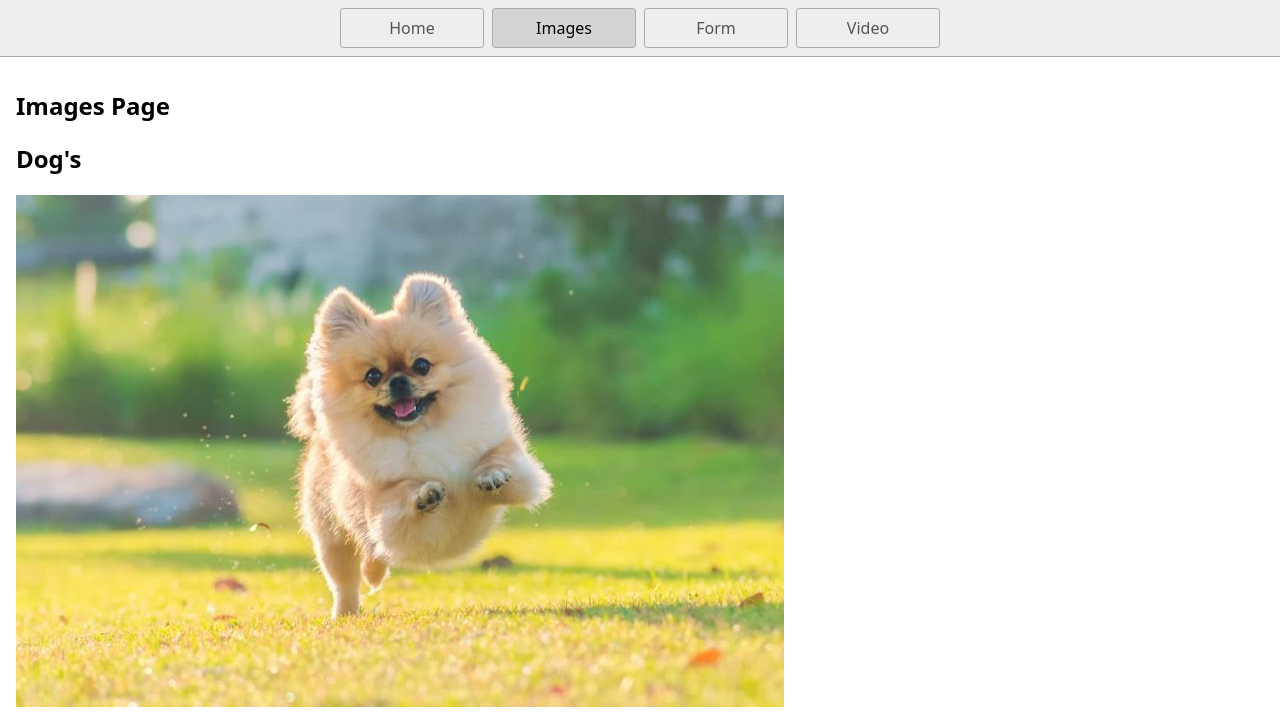
Repository: sebas6292/palmTree-Final
Page: Images.html
An editor plug-in stored every save of this project. The page is shown before and after the next save, followed by the edit.
The browser window is 1280 px wide. The pictures show the whole page.

Above is the page before, as saved 2023-05-26 19:19:48.
Not found: script.js

After the next save:
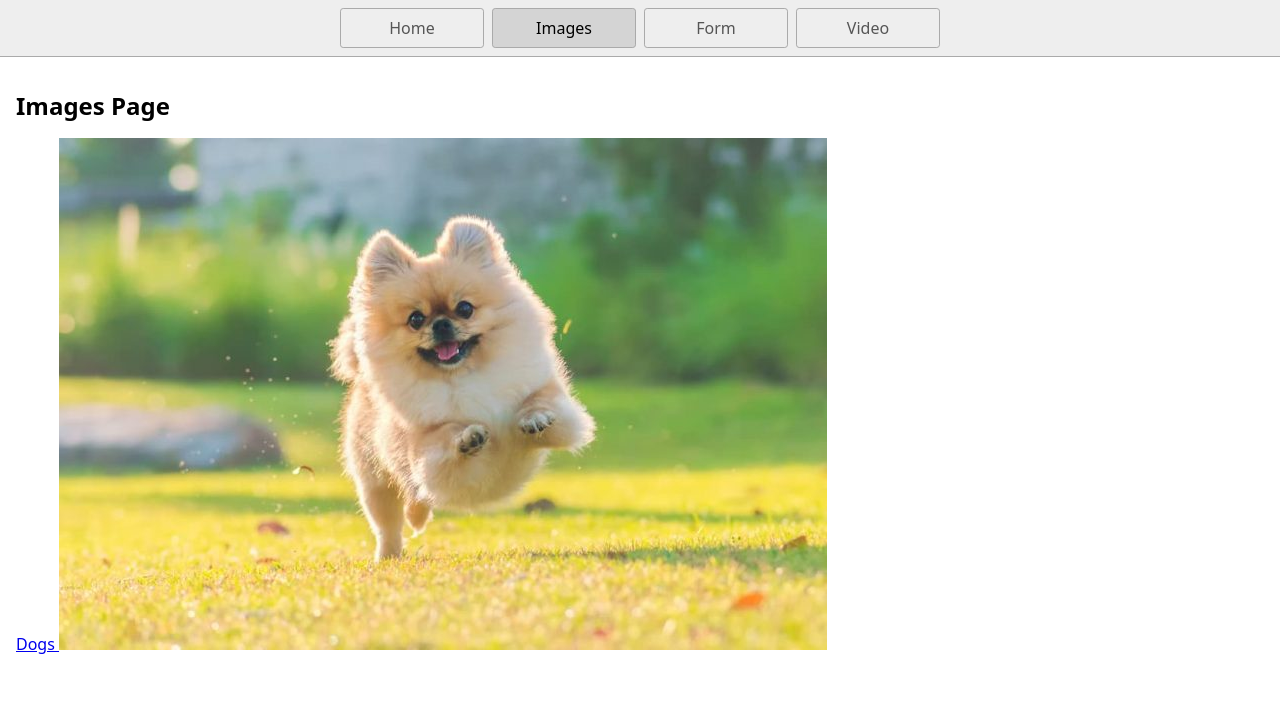
Saved 106 s later.
--- a/Images.html
+++ b/Images.html
@@ -18,11 +18,9 @@
       <h1>Images Page</h1>
       <section>
         <div>
-          <h1>Dog's</h1>
-
           <a
             href="https://www.google.com/search?q=dogs&tbm=isch&chips=q:dogs,g_1:small:r1TFEtqsli4%3D&hl=en&sa=X&ved=2ahUKEwiJss3arpT_AhWmCEQIHRbZAYwQ4lYoBHoECAEQNw&biw=1425&bih=709#imgrc=nmekZO4gLL_5nM"
-          >
+          > Dogs
             <img src="./Assets/shutterstock_1568771329-768x512.jpg" />
           </a>
         </div>
